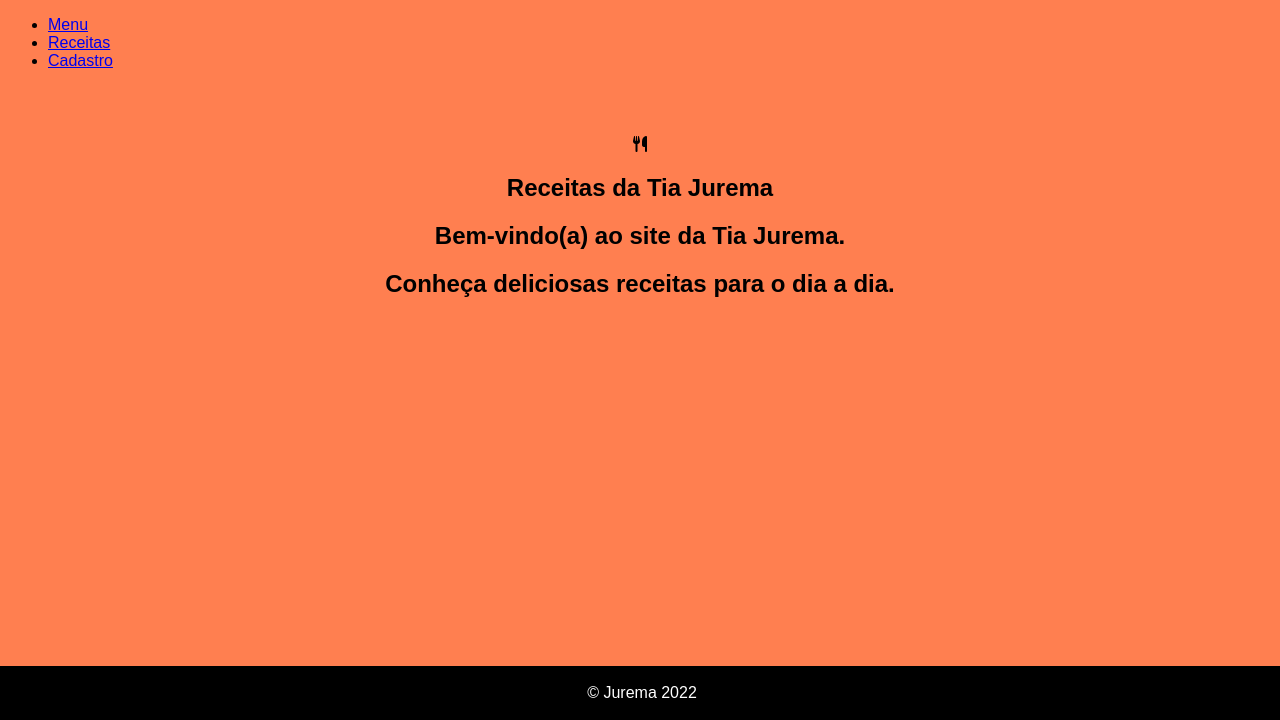
Repository: devropaes/RECEITAS
Page: OneDrive/Área de Trabalho/Estudos/Estácio/receitas/home.html
These files come from the project's save history. The page is drawn as it stood at one moment and after the next save; the edit follows.
The browser window is 1280 px wide. The pictures show the whole page.
Some web libraries are served in a nearby version.

Above is the page before, as saved 2024-03-11 21:07:50.

### OneDrive/Área de Trabalho/Estudos/Estácio/receitas/home.html
<!DOCTYPE html>
<html lang="pt-br" ></html>
<head>
  <head>
    <meta charset="UTF-8">
    <meta http-equiv="X-UA-Compatible" content="IE=edge">
    <meta name="viewport" content="width=device-width, initial-scale=1.0">
    <script src="https://kit.fontawesome.com/a076d05399.js" crossorigin="anonymous"></script>
    <link rel="stylesheet" href="./formatos.css">
    </head>
<body>

    <ul class="navlist">
      <li><a href="home.html">Menu</a></li>
      <li><a href="receitas.html">Receitas</a></li>
      <LI><a href="cadastro.html">Cadastro</a></LI>
    </ul>

        <section class="menu" id="menu">
            <div class="apresentacao">
              <div class="fas fa-utensils"></div>
              <h1>Receitas da Tia Jurema</h1>
              <h2>Bem-vindo(a) ao site da Tia Jurema.</h2>
              <h2>Conheça deliciosas receitas para o dia a dia.</h2>
            </div>

       </section>
       </body>
    </main>

      <footer class="rodape">
           <p>&copy; Jurema 2022 </p>
      </footer>

### OneDrive/Área de Trabalho/Estudos/Estácio/receitas/formatos.css

body {
    background-color:#ff7f50;
    font-family: Arial, Helvetica, sans-serif;
    font-size: 16px;
    text-decoration: none;



}
header {
    text-decoration: none;
}

footer {
    background-color: #000;
    color: #fff;
    text-align: center;
    padding: 2px;
    position: fixed;
    border-bottom: #fff;
    left: 0; /* Alteração aqui para fixar o rodapé no lado esquerdo */
    bottom: 0%;
    width: 100%;
    margin: 0%;
    max-width: 100%;

}

.cabecalho{
    background-color: #ff7f50;
    font-family:"krona one",sans-serif ;
    font-weight: 600;
    color: #333;
    padding: 10px;
    text-decoration: none;
}

.cabecalho__menu {
    background-color: #ff7f50;
    font-family: "Krona One", sans-serif;
    font-weight: 600;
    display: flex;
    justify-content: left;
    color:#333;
    text-decoration: none;

}


.cabecalho__menu__link {
    background-color: #ff7f50;
    font-family: "Krona One", sans-serif;
    font-weight: 600;
    color: #333;
    text-decoration: none;
    padding: 5px 10px;
    margin: 0 10px;
    pad: 50px;

}
.cabecalho__cadastro__link {
    background-color: #ff7f50;
    font-family: "Krona One", sans-serif;
    font-weight: 600;
    color: #333;
    text-decoration: none;
    padding: 5px 10px;
    margin: 0 10px;
    pad: 50px;
}


.apresentacao {
    font-family: "Krona One", sans-serif;
    font-weight: 600;
    background-color: #ff7f50;
    text-align: center;
    padding: 50px;
}

.apresentacao__conteudo {
    img: 33 x 32px;
    font-family: "Krona One", sans-serif;
    font-weight: 600;
    max-width: 600px;
    margin: 0 auto;
    pad: 60px;
}

.apresentacao__conteudo {
    font-family: "Krona One", sans-serif;
    font-weight: 600;
    color: #333;
    pad:62px;

}
.apresentacao__conteudo__titulo {
    justify-items:right;
    width: 60%;

}


.apresentacao__receitas__link {
    align-items: center;
    display:flex;
    gap: 16px;
    width: 50%;
    text-align: center;

}


.rodape {
    background-color: #000;
    color: #fff;
    text-align: center;
    padding: 2px;
    position: fixed;
    border-bottom: #fff;
    left: 0; /* Alteração aqui para fixar o rodapé no lado esquerdo */
    bottom: 0%;
    width: 100%;
    margin: 0%;
    max-width: 100%;

}

After the next save:
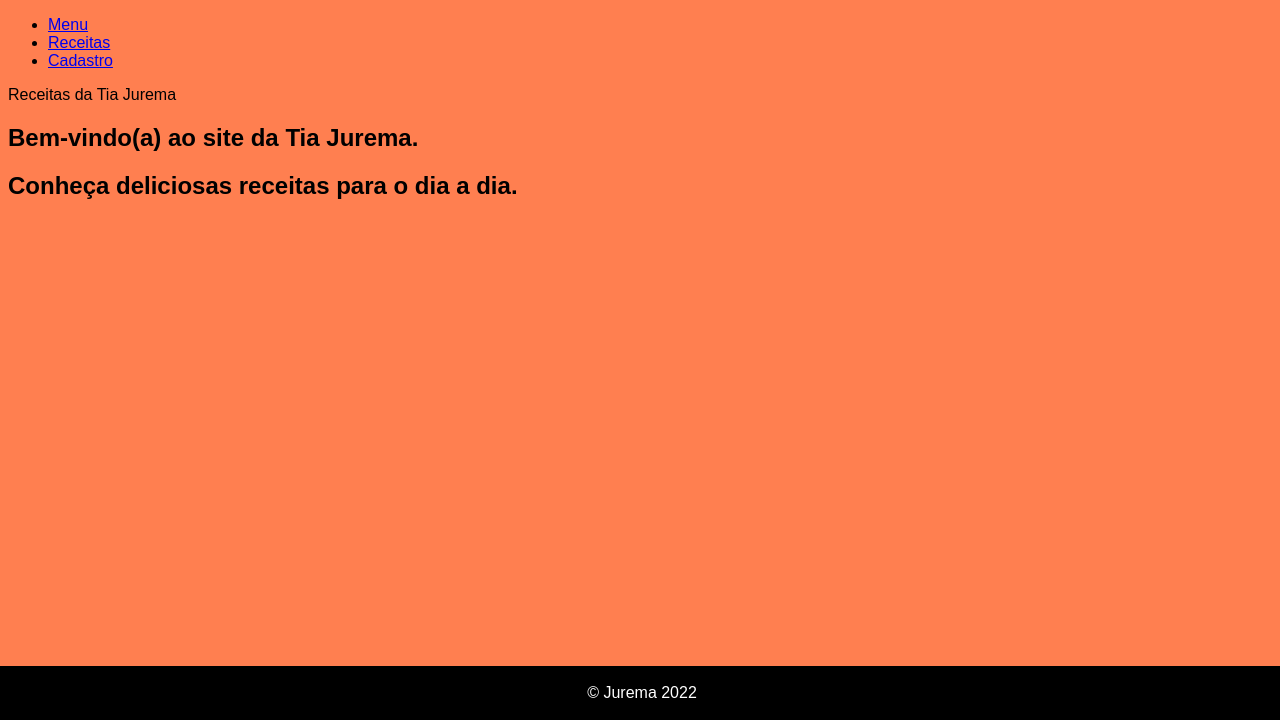
Saved 11 min 2 s later.
--- a/OneDrive/Área de Trabalho/Estudos/Estácio/receitas/home.html
+++ b/OneDrive/Área de Trabalho/Estudos/Estácio/receitas/home.html
@@ -7,6 +7,7 @@
     <meta name="viewport" content="width=device-width, initial-scale=1.0">
     <script src="https://kit.fontawesome.com/a076d05399.js" crossorigin="anonymous"></script>
     <link rel="stylesheet" href="./formatos.css">
+    <link rel="stylesheet" href="./assets/Foto3.png">
     </head>
 <body>
 
@@ -17,9 +18,7 @@
     </ul>
 
         <section class="menu" id="menu">
-            <div class="apresentacao">
-              <div class="fas fa-utensils"></div>
-              <h1>Receitas da Tia Jurema</h1>
+              <p>Receitas da Tia Jurema</p>
               <h2>Bem-vindo(a) ao site da Tia Jurema.</h2>
               <h2>Conheça deliciosas receitas para o dia a dia.</h2>
             </div>
